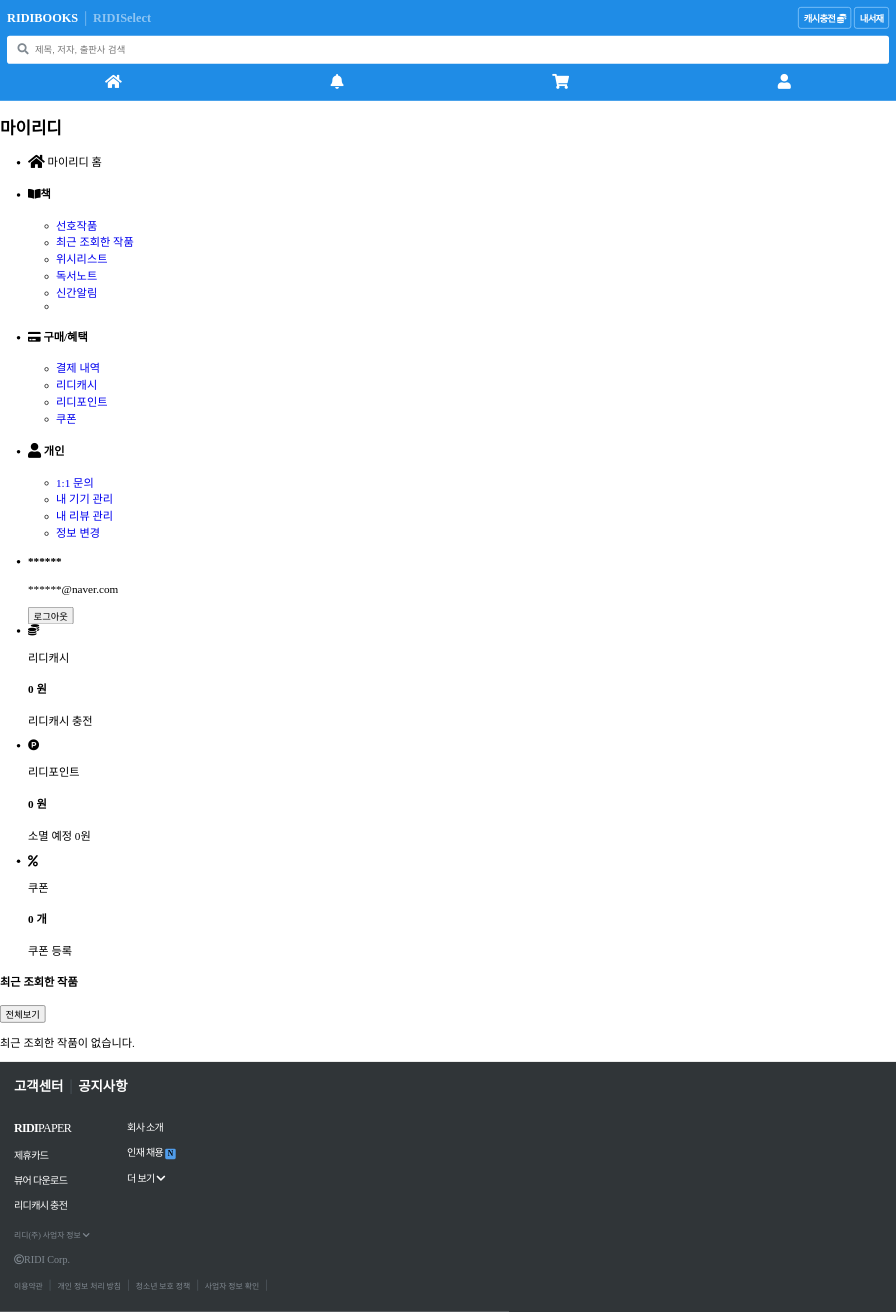
Repository: mega-teamproject/teamproject1
Page: html/myridi.html
These files come from the project's save history. The page is drawn as it stood at one moment and after the next save; the edit follows.
The browser window is 1280 px wide. The pictures show the whole page, at 70% of full size.

Above is the page before, as saved 2022-01-05 01:11:28.

### html/myridi.html
<!DOCTYPE html>
<html lang="ko">
  <head>
    <meta charset="UTF-8" />
    <meta http-equiv="X-UA-Compatible" content="IE=edge" />
    <meta name="viewport" content="width=device-width, initial-scale=1.0" />
    <title>마이리디</title>
    <link rel="stylesheet" href="../css/myridi.css" />
    <link
      rel="stylesheet"
      href="https://use.fontawesome.com/releases/v5.15.4/css/all.css"
      integrity="sha384-DyZ88mC6Up2uqS4h/KRgHuoeGwBcD4Ng9SiP4dIRy0EXTlnuz47vAwmeGwVChigm"
      crossorigin="anonymous"
    />
  </head>
  <body>
    <div class="container">
        <div class="header">
          <header>
            <div class="search">
              <a href="index.html"><h1>RIDIBOOKS</h1></a>
              <a href="https://select.ridibooks.com/home"><h1 id="opacity">RIDISelect</h1></a>
            </div>
            <div class="joinLogin">
              <button class="borderBtn btn" onclick="location.href='join1.html'">
                캐시충전
                <i class="fas fa-coins"></i>
              </button>
              <button class="borderBtn btn" onclick="location.href='login.html'">
                내서재
              </button>
            </div>
          </header>
          <div class="relative">
            <input type="text" placeholder="제목, 저자, 출판사 검색" />
            <span><i class="fas fa-search"></i> </span>
          </div>
          <nav>
            <ul>
              <li>
                <a href="index.html"><i class="fas fa-home fa-lg"></i></a>
              </li>
              <li>
                <a href="alarm.html"><i class="fas fa-bell fa-lg"></i></a>
              </li>
              <li>
                <a href="cart.html"><i class="fas fa-shopping-cart fa-lg"></i></a>
              </li>
              <li>
                <a href="myridi.html"><i class="fas fa-user fa-lg"></i></a>
              </li>
            </ul>
          </nav>
        </div>
        <div class="body">
          <div class="sidebar">
            <nav>
              <h2>마이리디</h2>
              <ul>
                <li>
                  <i class="fas fa-home fa-lg"></i>
                  <span> 마이리디 홈</span>
                </li>
                <li>
                  <h4><i class="fas fa-book-open"></i>책</h4>
                  <ul>
                    <li><a href="#"> 선호작품</a></li>
                    <li><a href="#"> 최근 조회한 작품</a></li>
                    <li><a href="#"> 위시리스트</a></li>
                    <li><a href="#"> 독서노트</a></li>
                    <li><a href="#"> 신간알림</a></li>
                    <li></li>
                  </ul>
                </li>
                <li>
                  <h4><i class="fas fa-credit-card"></i> 구매/혜택</h4>
                  <ul>
                    <li><a href="#">결제 내역</a></li>
                    <li><a href="#">리디캐시</a></li>
                    <li><a href="#">리디포인트</a></li>
                    <li><a href="#">쿠폰</a></li>
                  </ul>
                </li>
                <li>
                  <h4><i class="fas fa-user fa-lg"></i> 개인</h4>
                  <ul>
                    <li><a href="#">1:1 문의</a></li>
                    <li><a href="#">내 기기 관리</a></li>
                    <li><a href="#">내 리뷰 관리</a></li>
                    <li><a href="#">정보 변경</a></li>
                  </ul>
                </li>
              </ul>
            </nav>
          </div>
          <div class="section">
            <section>
              <div class="my-ridi">
                <ul>
                  <li>
                    <h4>******</h4>
                    <p>******@naver.com</p>
                    <button>로그아웃</button>
                  </li>
                  <li>
                    <i class="fas fa-coins"></i>
                    <p>리디캐시</p>
                    <h4>0 <span> 원</span></h4>
                    <p>리디캐시 충전 </p>
                  </li>
                  <li>
                    <i class="fab fa-product-hunt"></i>
                    <p>리디포인트</p>
                    <h4>0 <span> 원</span></h4>
                    <p>소멸 예정 0원</p>
                  </li>
                  <li>
                    <i class="fas fa-percent"></i>
                    <p>쿠폰</p>
                    <h4>0 <span> 개</span></h4>
                    <p>쿠폰 등록 </p>
                  </li>
                </ul>
              </div>
                <div class="visited">
                  <div class="visited-header">
                    <h4>최근 조회한 작품</h4>
                    <button type="button">전체보기</button>
                  </div>
                  <div class="visited-contents">
                    <p>최근 조회한 작품이 없습니다.</p>
                  </div>
                </div>
            </section>
          </div>
        </div>

        <div class="footer">
            <footer>
              <div class="footer-menu1">
                <a href=""><span class="borderR">고객센터</span></a>
                <a href=""><span>공지사항</span></a>
              </div>
              <div class="footer-menu2">
                <div class="footer-wrapper1">
                  <a href="https://paper.ridibooks.com/"><p class="bigFont"><strong>RIDI</strong>PAPER</p></a>
                  <a href="#"><p>제휴카드</p></a>
                  <a href="#"><p>뷰어 다운로드</p></a>
                  <a href="https://ridibooks.com/order/checkout/cash"><p>리디캐시 충전</p></a>
                </div>
                <div class="footer-wrapper2">
                  <a href="https://www.ridicorp.com/"><p>회사 소개</p></a>
                  <a href="https://www.ridicorp.com/career/"><p>인재 채용 <span class="blue-bg">N</span></p></a>
                  <a href="#"><p>더 보기 <i class="fas fa-chevron-down"></i></p></a>
                  <a href="https://help.ridibooks.com/hc/ko/articles/360046896553"><p class="invisible">콘텐츠 제공문의</p></a>
                  <a href="https://cp.ridibooks.com/cp/login"><p class="invisible">CP 사이트</p></a>
                  <a href="mailto:biz@ridi.com"><p class="invisible">사업 제휴 문의</p></a>
                  <a href="https://help.ridibooks.com/hc/ko/articles/360058140713-RIDI-Biz-%ED%98%91%EC%97%85-%EB%AC%B8%EC%9D%98"><p class="invisible">리디셀렉트 B2B</p></a>
                </div>
              </div>
              <div class="footer-info fontColor">
                <a href="#"><p>리디(주) 사업자 정보 <i class="fas fa-chevron-down"></i></p></a>
                <p class="invisible">대표자 배기식 | 사업자 등록번호 120-87-27435</p>
                <p class="invisible">통신판매업 신고번호 제 2009-서울강남 35-02139호</p>
                <p class="invisible">이메일 help@ridi.com | 대표전화 1644-0331</p>
                <p class="invisible">주소 서울시 강남구 역삼동 702-28 어반벤치빌딩 10층(테헤란로 325)</p>
              </div>
              <div class="fontColor copyright"><i class="far fa-copyright"></i>RIDI Corp.</div>
              <div class="footer-terms fontColor">
                <a href="https://policy.ridi.com/legal/terms/"><p class="paddingL">이용약관</p></a>
                <a href="https://policy.ridi.com/legal/privacy/"><p>개인 정보 처리 방침</p></a>
                <a href="https://policy.ridi.com/legal/youth/"><p>청소년 보호 정책</p></a>
                <a href="https://ftc.go.kr/www/bizCommList.do?key=232"><p>사업자 정보 확인</p></a>
              </div>
            </footer>
          </div>
  </body>
</html>

### css/myridi.css
* {
  box-sizing: border-box;
  /* 일반로맨스판타지만화BL hover color #0077D9 */
}

body {
  margin: 0;
}

a {
  text-decoration: none;
}

.header {
  background-color: #1f8ce6;
}

header {
  display: flex;
  justify-content: space-between;
  align-items: center;
}

.search {
  display: flex;
  margin-left: 10px;
}

.search h1 {
  color: white;
  font-size: 1.1em;
  margin-right: 10px;
  margin-bottom: 0;
}

.search h1#opacity {
  opacity: 0.5;
  border-left: 1px solid;
  padding-left: 10px;
}

.joinLogin {
  margin-right: 10px;
  margin-top: 10px;
}

.joinLogin button.btn {
  border-radius: 4px;
  padding: 5px 7px;
  letter-spacing: -1px;
  font-weight: bold;
  cursor: pointer;
}

.joinLogin button.borderBtn {
  background-color: transparent;
  color: white;
  border: 1px solid #99d1ff;
}

.relative input {
  width: 100%;
  height: 40px;
  margin-top: 10px;
  border-radius: 4px;
  border: none;
  padding-left: 40px;
}
.relative input:focus {
  outline: none;
}

.relative {
  position: relative;
  margin: 0 10px;
}

.relative span {
  color: #808991;
  position: absolute;
  top: 20px;
  left: 15px;
}

.header nav {
  padding: 1px;
}

.header nav ul {
  padding-left: 0;
  display: flex;
  justify-content: space-around;
}

.header ul li {
  list-style: none;
}

.header ul li a {
  text-decoration: none;
  color: white;
}

.alarm {
  width: 100%;
  height: 780px;
  margin: 0 auto;
  text-align: center;
  padding-top: 300px;
}

.alarm i {
  color: #eee;
  margin-bottom: 10px;
}

.alarm p {
  color: #808991;
  font-size: 0.9em;
  letter-spacing: -1px;
}

.footer {
  background: #303538;
  color: white;
}

footer a {
  text-decoration: none;
  color: white;
}

footer p.invisible {
  display: none;
}

footer .footer-menu1 {
  display: flex;
  justify-content: left;
  padding: 20px 10px;
  padding-bottom: 0;
}

footer .footer-menu1 a {
  margin: 0 10px;
  font-size: 1.2em;
  font-weight: bold;
}

footer .footer-menu1 a:first-child {
  margin-right: 0;
}

footer .footer-menu1 a span.borderR {
  border-right: 1px solid #525a61;
  padding-right: 10px;
}

footer .footer-menu2 {
  display: flex;
  padding: 20px;
  font-size: 0.9em;
  letter-spacing: -1px;
  padding-bottom: 0;
}

footer .footer-menu2 .footer-wrapper1 {
  margin-right: 40px;
}

footer .footer-menu2 .footer-wrapper1 p.bigFont {
  font-size: 1.2em;
}

footer .footer-menu2 .footer-wrapper2 {
  margin-left: 40px;
}

footer .footer-menu2 .footer-wrapper2 span.blue-bg {
  background-color: #509deb;
  border-radius: 2px;
  display: inline-block;
  width: 15px;
  height: 15px;
  text-align: center;
  color: black;
  font-weight: bold;
  font-size: 0.75em;
}

footer .fontColor {
  color: #808991;
  padding: 10px;
  padding-left: 20px;
}

footer .copyright {
  font-size: 0.9em;
}

footer .fontColor p {
  color: #808991;
  font-size: 0.7em;
  margin: 0;
}

footer .footer-terms {
  display: flex;
  padding-bottom: 30px;
}

footer .footer-terms a p {
  border-right: 1px solid #525a61;
  padding: 0 10px;
}

footer .footer-terms a p.paddingL {
  padding-left: 0;
}

After the next save:
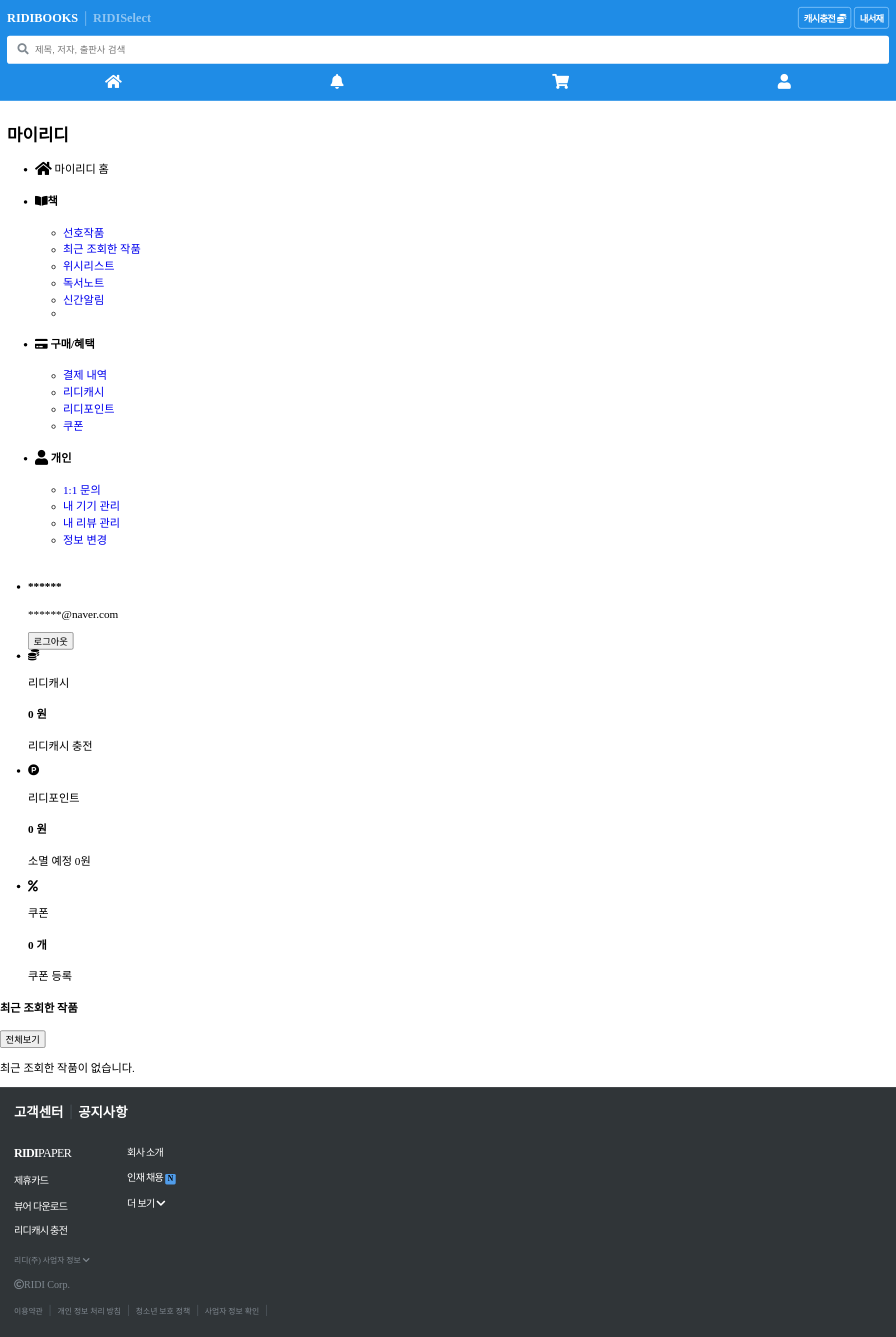
Saved 51 s later.
--- a/css/myridi.css
+++ b/css/myridi.css
@@ -101,23 +101,8 @@
   color: white;
 }
 
-.alarm {
-  width: 100%;
-  height: 780px;
-  margin: 0 auto;
-  text-align: center;
-  padding-top: 300px;
-}
-
-.alarm i {
-  color: #eee;
-  margin-bottom: 10px;
-}
-
-.alarm p {
-  color: #808991;
-  font-size: 0.9em;
-  letter-spacing: -1px;
+.sidebar nav {
+  padding: 10px;
 }
 
 .footer {
